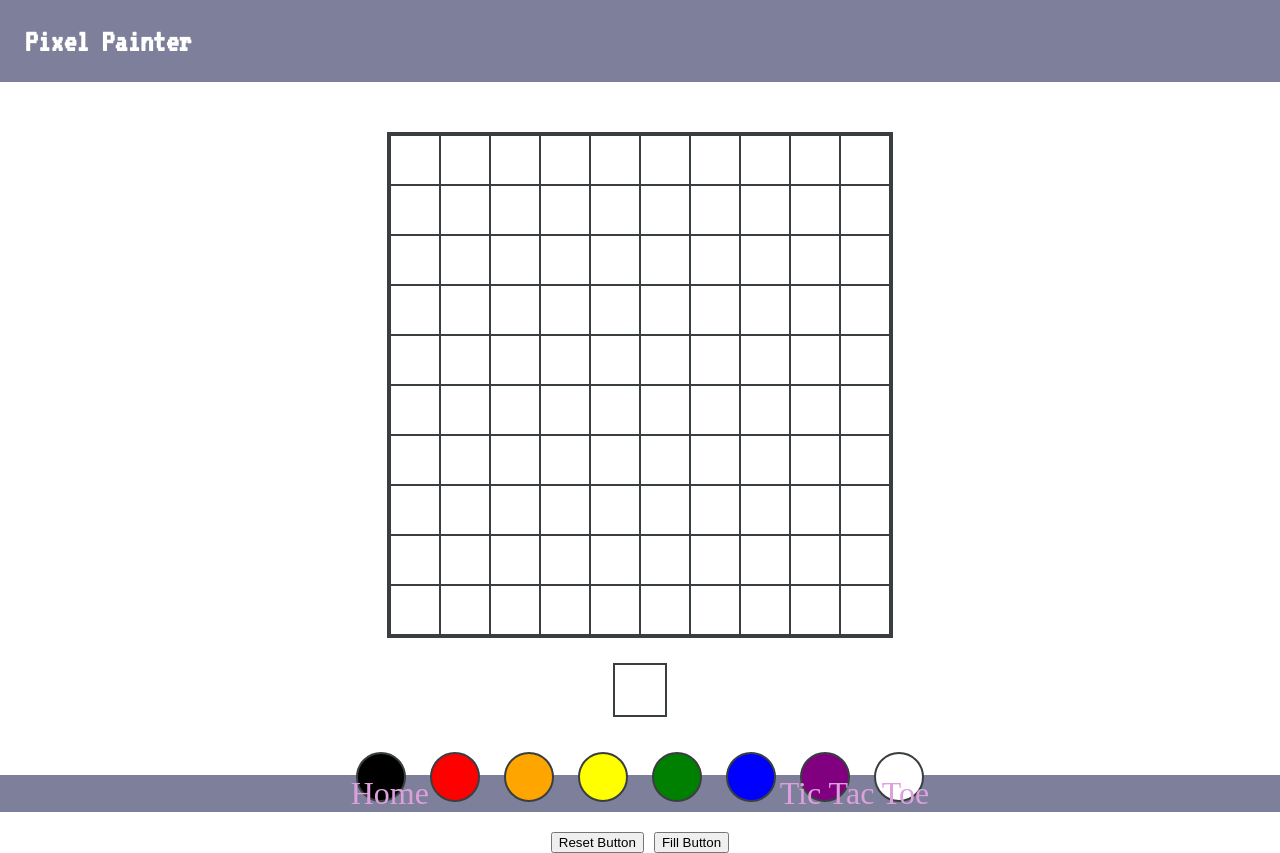
Repository: 10-2-pursuit/lab-events
Page: pixel-painter/index.html
An editor plug-in stored every save of this project. The page is shown before and after the next save, followed by the edit.
The browser window is 1280 px wide. The pictures show the whole page.

Above is the page before, as saved 2023-07-08 03:10:23.

### pixel-painter/index.html
<!DOCTYPE html>
<html lang="en">
  <head>
    <meta charset="UTF-8" />
    <meta http-equiv="X-UA-Compatible" content="IE=edge" />
    <meta name="viewport" content="width=device-width, initial-scale=1.0" />
    <title>Pixel Painter🎨</title>
    <link rel="stylesheet" href="styles.css" />
    <script defer src="main.js"></script>
  </head>
  <body>
    <div id="wrapper">
      <header>
        <h1>Pixel Painter</h1>
      </header>
      <main id="canvas"></main>
      <section id="current-color"></section>
      <section id="palette">
        <div class="color" style="background: black"></div>
        <div class="color" style="background: red"></div>
        <div class="color" style="background: orange"></div>
        <div class="color" style="background: yellow"></div>
        <div class="color" style="background: green"></div>
        <div class="color" style="background: blue"></div>
        <div class="color" style="background: purple"></div>
        <div class="color" style="background: white"></div>
      </section>
    </div>
    <br />
    <footer>
      <nav>
        <a href="../index.html">Home</a>
        <a href="../tic-tac-toe/index.html">Tic Tac Toe</a>
      </nav>
    </footer>
  </body>
</html>

### pixel-painter/styles.css
@import url("https://fonts.googleapis.com/css2?family=VT323&display=swap");

html,
body {
  margin: 0;
  padding: 0;
  height: 100%;
}

h1,
h2,
h3,
h4,
h5,
h6 {
  font-family: "VT323", monospace;
}

header,
footer {
  background: #7e7f9a;
  color: white;
}

header h1 {
  margin: 0 0 50px;
  padding: 25px;
}

#canvas {
  border: 3px solid #393e41;
  display: grid;
  grid-template-columns: repeat(10, 50px);
  height: 500px;
  margin: 0 auto;
  width: 500px;
}

.cell {
  border: 1px solid #393e41;
  box-sizing: border-box;
  display: inline-block;
  margin: 0;
  height: 50px;
  width: 50px;
}

#current-color {
  border: 2px solid #393e41;
  display: block;
  height: 50px;
  margin: 25px auto;
  width: 50px;
}

#palette {
  height: 50px;
  margin: 25px auto;
  text-align: center;
  width: 80%;
}

#palette .color {
  border: 2px solid #393e41;
  border-radius: 50%;
  box-sizing: border-box;
  display: inline-block;
  margin: 10px;
  height: 50px;
  width: 50px;
}

#wrapper {
  min-height: 100%;
  margin-bottom: -60px;
}

nav {
  display: flex;
  justify-content: space-evenly;
}

a {
  text-decoration: none;
  color: plum;
  font-size: 2em;
}
a:hover {
  background-color: blanchedalmond;
  opacity: 0.5;
}

### pixel-painter/main.js
const canvas = document.getElementById('canvas');

for (let i = 0; i < 100; i++) {
  const cell = document.createElement('div');
  cell.classList.add('cell');
  canvas.appendChild(cell);
}

const color = document.querySelector(' div').style.background
document.querySelectorAll('#palette div').forEach((div) => {
    div.addEventListener('click', selectColor => {
        document.querySelector('#current-color').style.background = selectColor.target.style.background;
    });
    })

    document.querySelectorAll('.cell').forEach((cell) => {
        cell.addEventListener('click', selectedCell => {
            selectedCell.target.style.background = document.querySelector('#current-color').style.background;
        });
        })

        const colorPalette = document.querySelectorAll('#palette div');
        const currentColor = document.querySelector('#current-color');

// Create two buttons in two div elements within a larger div element within ab section with id controls:

const controlsSection = document.createElement('section');
controlsSection.id = 'controls';

const buttonContainer = document.createElement('div');
buttonContainer.id = 'button-container';

const resetButtonContainer = document.createElement('div');
resetButtonContainer.id = 'reset-button';
const resetButton = document.createElement('button');
resetButton.textContent = 'Reset Button';
resetButtonContainer.appendChild(resetButton);

const fillButtonContainer = document.createElement('div');
fillButtonContainer.id = 'fill-button';
const fillButton = document.createElement('button');
fillButton.textContent = 'Fill Button';
fillButtonContainer.appendChild(fillButton);

buttonContainer.appendChild(resetButtonContainer);
buttonContainer.appendChild(fillButtonContainer)
controlsSection.appendChild(buttonContainer);
document.body.appendChild(controlsSection);


// Center both bottons tha and have them flex based on the size of the screen also center their labels:

buttonContainer.style.display = 'flex';
buttonContainer.style.justifyContent = 'center';
buttonContainer.style.alignItems = 'center';
buttonContainer.style.marginTop = '20px';

//Put A space between the buttons
resetButton.style.marginRight = '10px';

// Add event listeners to the buttons
resetButton.addEventListener('click', () => {
    document.querySelectorAll('.cell').forEach((cell) => {
      cell.style.background = 'white';
    });
  });

fillButton.addEventListener('click', () => {
  const colorToFill = currentColor.style.background;
  document.querySelectorAll('.cell').forEach((cell) =>
    cell.style.background = colorToFill);
  });

After the next save:
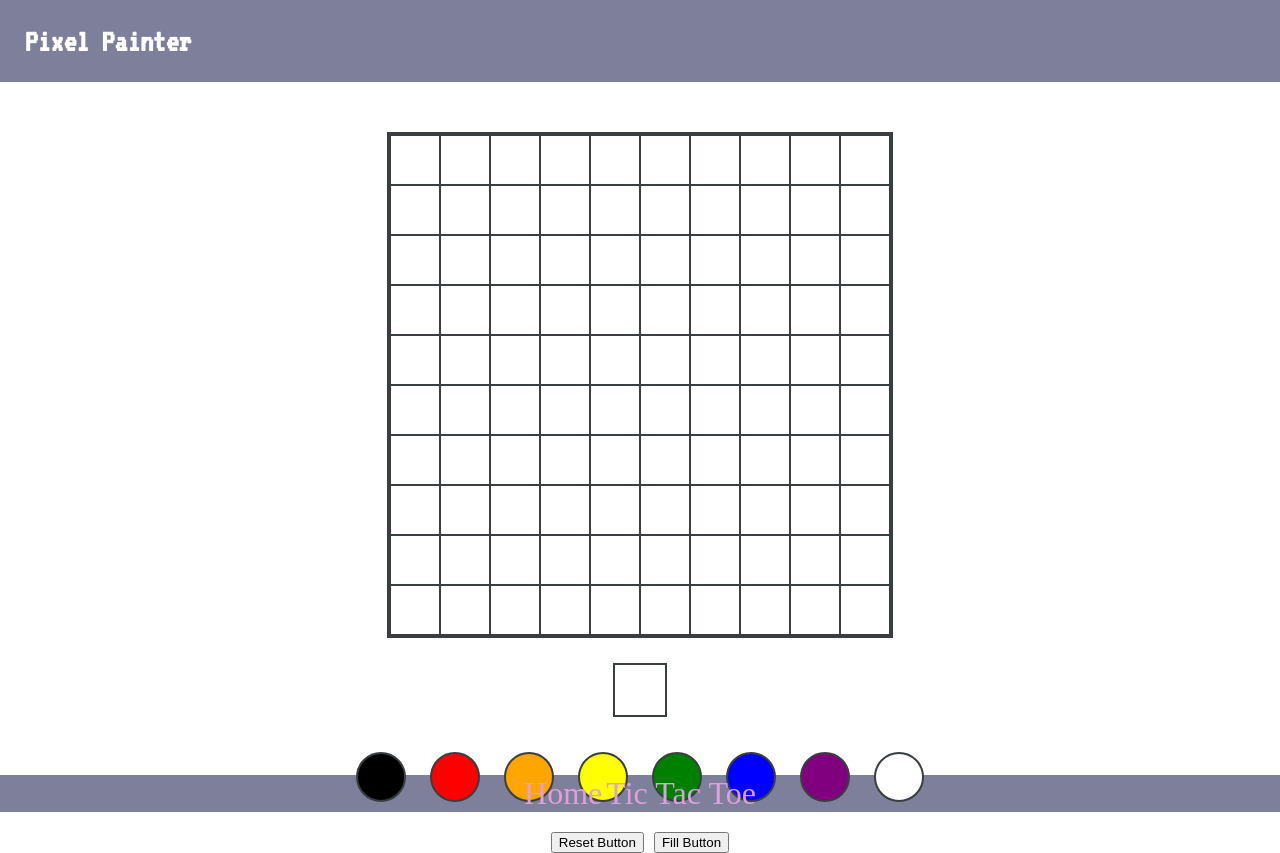
Saved 4 min 42 s later.
--- a/pixel-painter/index.html
+++ b/pixel-painter/index.html
@@ -29,8 +29,10 @@
     <br />
     <footer>
       <nav>
-        <a href="../index.html">Home</a>
-        <a href="../tic-tac-toe/index.html">Tic Tac Toe</a>
+        <div>
+          <a href="../index.html">Home</a>
+          <a href="../tic-tac-toe/index.html">Tic Tac Toe</a>
+        </div>
       </nav>
     </footer>
   </body>
